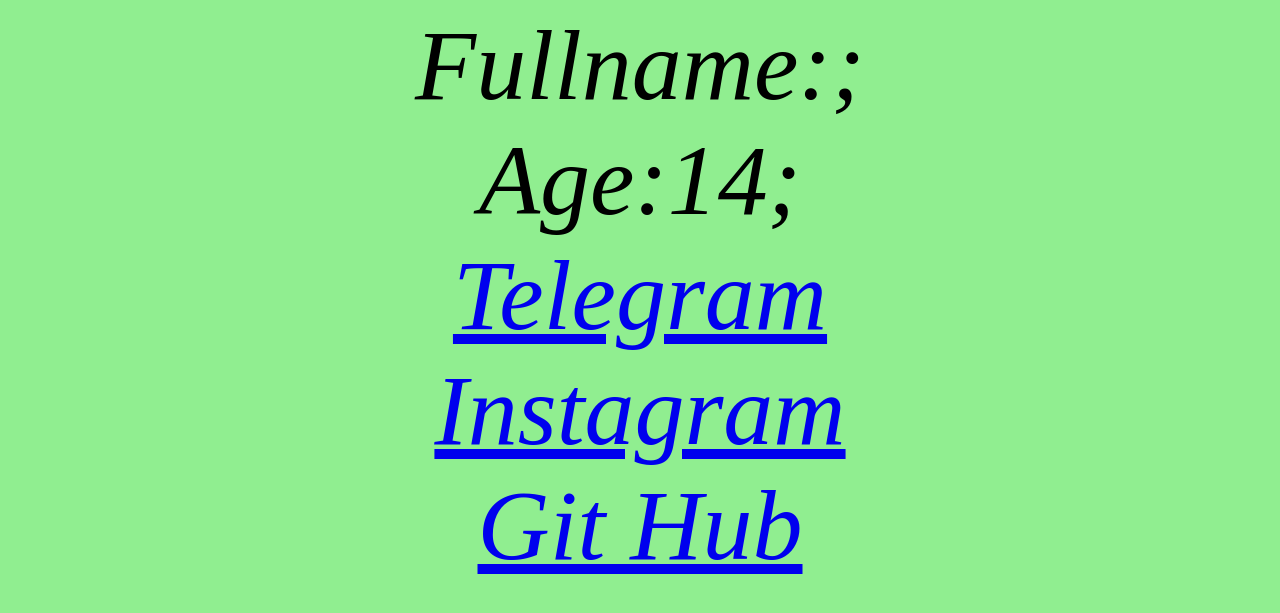
Repository: KHANas02/JS_first-lesson
Page: portfolio.html
These files come from the project's save history. The page is drawn as it stood at one moment and after the next save; the edit follows.
The browser window is 1280 px wide. The pictures show the whole page.

Above is the page before, as saved 2024-03-23 09:49:08.

### portfolio.html
<!DOCTYPE html>
<html lang="en">
  <head>
    <meta charset="UTF-8" />
    <meta name="viewport" content="width=device-width, initial-scale=1.0" />
    <title>About me</title>
    <link rel="stylesheet" href="./index.html" />
    <style>
      body {
        background-color: lightgreen;
        text-align: center;
        position: relative;
        bottom
      }
      a:hover {
        scale: 125%;
      }
      em:hover {
        scale: 90%;
      }
      em {
        font-size: 100px;
        font-weight: 100px;
      }
      a {
        font-size: 100px;
        font-weight: 100px;
      }
    </style>
  </head>
  <body>
    <address>
      <em> Fullname:;</em>
      <br />
      <em> Age:14;</em><br />
      <a target="_blank" href="https://t.me/wzb_02">Telegram</a>
      <br />
      <a target="_blank" href="#">Instagram</a>
      <br />
      <a target="_blank" href="https://github.com/KHANas02">Git Hub</a>
    </address>
  </body>
</html>

### index.html
<!DOCTYPE html>
<html lang="en">
  <head>
    <meta charset="UTF-8" />
    <meta name="viewport" content="width=device-width, initial-scale=1.0" />
    <title>Market</title>
    <link rel="stylesheet" href="./style.css" />
  </head>
  <body>
    <video autoplay loop muted plays-inline class="background-video">
      <source
        src="https://github.com/ecemgo/mini-samples-great-tricks/assets/13468728/82f375e7-244f-4c21-90ac-9abd7549ed05"
        type="video/mp4"
      />
    </video>

    <input type="checkbox" id="check" />
    <label for="check" class="icons">
      <i class="bx bx-menu" id="menu-icon"></i>
      <i class="bx bx-x" id="close-icon"></i>
    </label>

    <nav class="navbar">
      <a target="_blank" href="#" class="nav-item" style="--i: 0">Home</a>
      <a target="_blank" href="#" class="nav-item" style="--i: 1">Book</a>
      <a target="_blank" href="#" class="nav-item" style="--i: 2">Favorites</a>
      <a target="_blank" href="#" class="nav-item" style="--i: 3">Contact</a>
      <a target="_blank" href="#" class="nav-item" style="--i: 4">About us</a>
      <a target="_blank" href="#" class="nav-item" style="--i: 5">Services</a>
      <a target="_blank" href="#" class="nav-item" style="--i: 6">Services</a>
      <a target="_blank" href="portfolio.html" class="nav-item" style="--i: 7"
        >Portfolio</a
      >
      <a target="_blank" href="sale.html" class="nav-item" style="--i: 6"
        >Sale</a
      >
      <a target="_blank" href="location.html" class="nav-item" style="--i: 6"
        >Our location</a
      >
      <a target="_blank" href="feedback.html" class="nav-item" style="--i: 8"
        >Feedback</a
      >
    </nav>

    <section class="content">
      <h1>Company</h1>
      <a href="#" class="btn light"></a>
    </section>

    <div class="container">
      <div class="card">
        <img src="photo_2024-02-25_17-26-45.jpg" />
        <div class="card__head">Costs:10.000 Sum</div>
      </div>
      <div class="card">
        <img src="photo_2024-02-26_21-07-56.jpg" />
        <div class="card__head">Costs:5.000 Sum</div>
      </div>

      <div class="card">
        <img src="photo_2024-02-26_21-07-54.jpg" />
        <div class="card__head">Costs:7.000 Sum</div>
      </div>

      <div class="card">
        <img src="photo_2024-03-22_22-08-20.jpg" />
        <div class="card__head">Costs:7.000 Sum</div>
      </div>
      <img class="card">
        <img src="photo_2024-03-22_22-21-49.jpg" />
        <div class="card__head">Costs:7.000 Sum</div>
      </img>
    </div>
  </body>
</html>

After the next save:
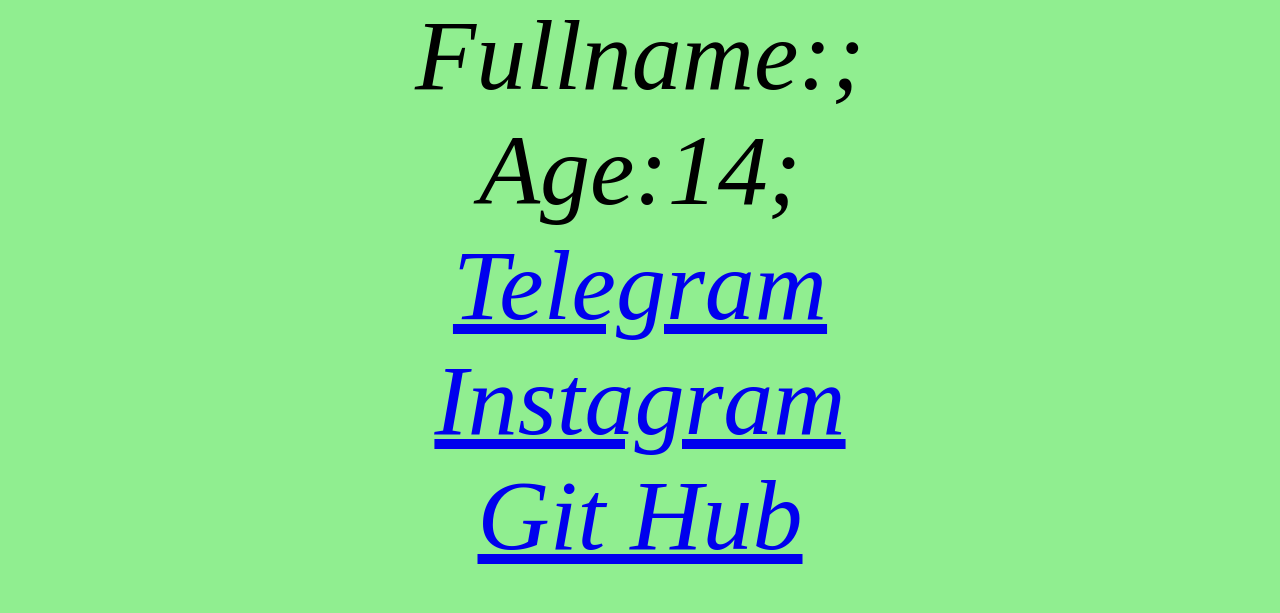
Saved 4 s later.
--- a/portfolio.html
+++ b/portfolio.html
@@ -10,7 +10,7 @@
         background-color: lightgreen;
         text-align: center;
         position: relative;
-        bottom
+        bottom: 10px;
       }
       a:hover {
         scale: 125%;
